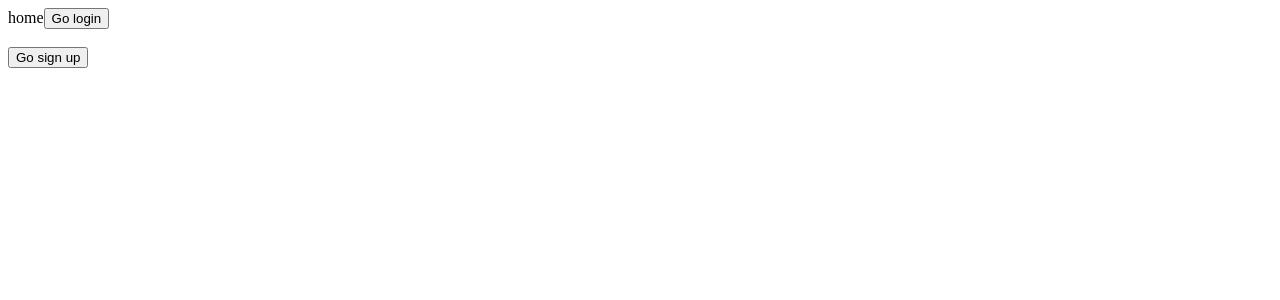
Repository: knowledgeAlan/nextjs-client-router-one
Page: /
The author's editor kept a copy of each file at every save. The page is drawn from the files as they stood at one save, then again after a run of saves.
The browser window is 1280 px wide. The pictures show the whole page.
The project was rebuilt for these pictures with package versions that can differ from the ones it lists, and the page was loaded fresh each time. The framework's server and built-in components were replaced by stand-ins that run in the browser. Also part of the build but not shown: next.config.mjs.

Above is the page before, as saved 2024-05-17 14:13:46.

After the next 5 saves:
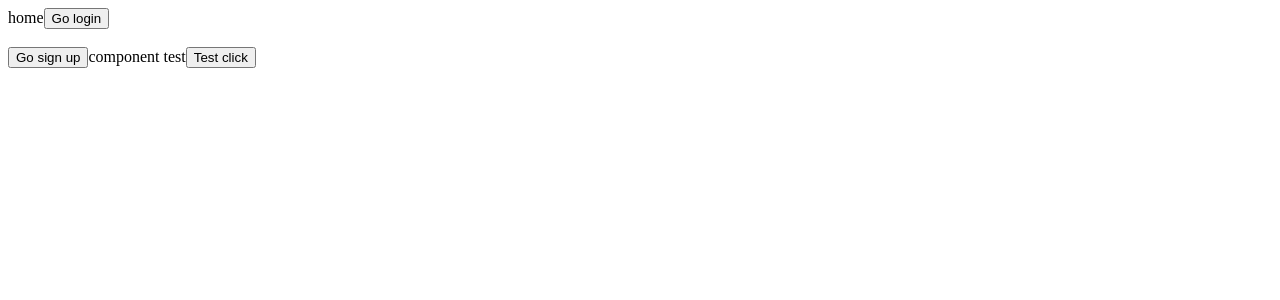
The 5 saves are shown as one change because 4 did not build or start.
The last was saved 2 min 37 s later.
--- a/src/app/page.tsx
+++ b/src/app/page.tsx
@@ -15,6 +15,11 @@ export default function Home() {
   const buttonClickSignUp =() => {
     router.push('/signUp')
   }
+
+  const testClickFromHome =() => {
+
+    console.log('testClickFromHome');
+  }
   return (
     <>
       home
@@ -24,6 +29,11 @@ export default function Home() {
       <button onClick={buttonClickSignUp}   >
         Go sign up
       </button>
+
+      <TestComponent
+        userName='test name'
+        testClick={testClickFromHome}
+      />
     </>
   );
 }
--- a/src/app/parameterComponent.tsx
+++ b/src/app/parameterComponent.tsx
@@ -1,4 +1,6 @@
- type requestParameter = {
+"use client";
+
+type requestParameter = {
     userName:string,
     testClick:()=>void,
  }
@@ -9,9 +11,9 @@ export default function TestComponent({userName,testClick}:requestParameter) {
   return (
     <>
         component test
-        <Button onClick={testClick}>
+        <button onClick={testClick}>
             Test click
-        </Button>
+        </button>
     </>
   );
 }
